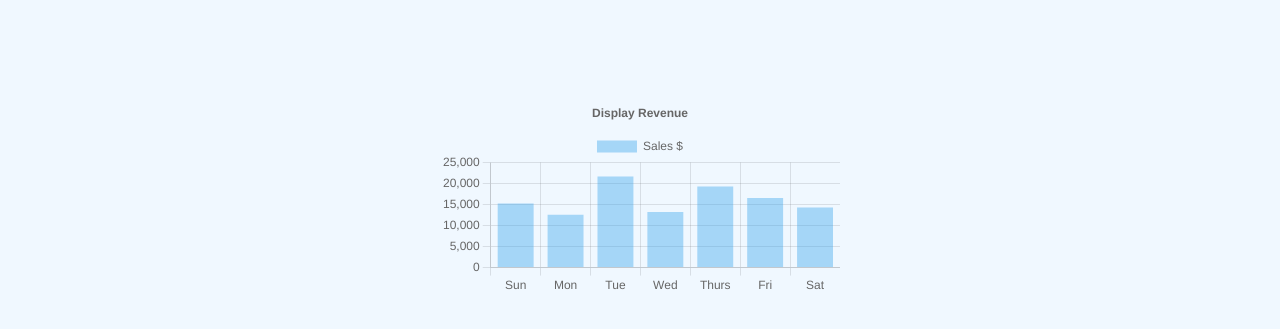
Repository: RonanKhalilOlaes/Week-12-chartActivity
Page: /
The author's editor kept a copy of each file at every save. The page is drawn from the files as they stood at one save, then again after the next save.
The browser window is 1280 px wide. The pictures show the whole page.
The project was rebuilt for these pictures with package versions that can differ from the ones it lists, and the page was loaded fresh each time. The framework's server and built-in components were replaced by stand-ins that run in the browser. Also part of the build but not shown: next.config.js.

Above is the page before, as saved 2023-03-20 10:41:25.

### pages/index.js
import Head from 'next/head'
import Image from 'next/image'
import { Inter } from 'next/font/google'
import styles from '@/styles/Home.module.css'
import BarChart from '@/components/BarChart'

const inter = Inter({ subsets: ['latin'] })

export default function Home() {
  return (
    <>
      <Head>
        <title>Create Next App</title>
        <meta name="description" content="Generated by create next app" />
        <meta name="viewport" content="width=device-width, initial-scale=1" />
        <link rel="icon" href="/favicon.ico" />
      </Head>
      <main className={styles.main}>
        <BarChart/>
      </main>
    </>
  )
}

### styles/Home.module.css
.main {
  display: flex;
  flex-direction: column;
  justify-content: space-between;
  align-items: center;
  padding: 6rem;
  min-height: 100vh;
  background-color: aliceblue;
}

### components/BarChart/index.js
import { useState, useEffect } from "react"
import styles from './BarChart.module.css'

import { Bar } from 'react-chartjs-2'

import {
    Chart as ChartJS,
    CategoryScale,
    LinearScale,
    BarElement,
    Title,
    Tooltip,
    Legend
} from 'chart.js'

ChartJS.register(
    CategoryScale,
    LinearScale,
    BarElement,
    Title,
    Tooltip,
    Legend
)

export default function BarChart () {

    const [chartData, setChartData] = useState ({
        datasets: []
    })

    const [ chartOptions, setChartOptions] = useState ({})

    useEffect (() => {
        setChartData ({
            labels: ["Sun", "Mon", "Tue", "Wed", "Thurs", "Fri", "Sat"],
            datasets: [
                {
                    label: "Sales $",
                    data: [15235, 12553, 21635, 13214, 19245, 16524, 14295],
                    borderColor: 'rgb(53, 162, 235)',
                    backgroundColor: 'rgba(53, 162, 235, 0.4)'
                }
            ]
        })
        setChartOptions({

            plugins: {
                Legend: {
                    position: 'top'
                },
                title: {
                    display: true,
                    text: "Display Revenue"
                }
            },
            maintainAspecRation: false,
            responsive: true
        })
    }, [])



    return (
        <>
            <div className={styles.container}>
                <Bar data={chartData} options={chartOptions} />

            </div>
        </>
    )
}

### components/BarChart/BarChart.module.css
.container {
    width: 400px;
    height: 400px;
}

Loaded but not shown: pages/_app.js (common file); pages/_document.js (common file); styles/globals.css (common file)

After the next save:
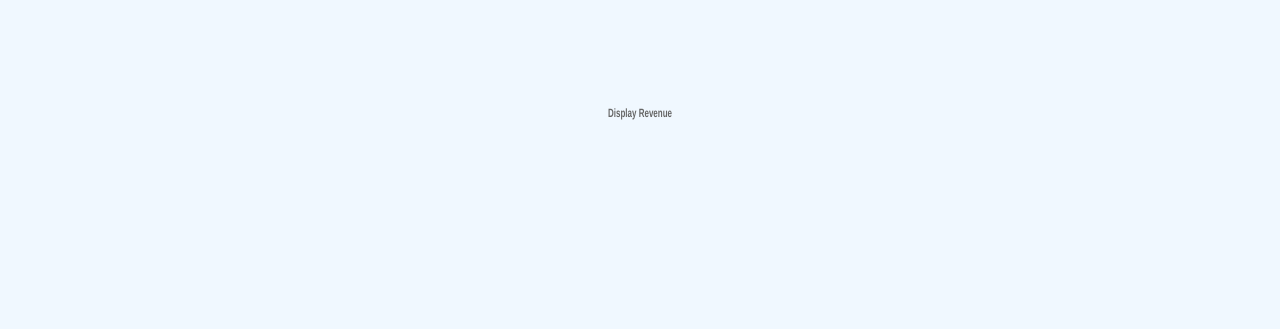
Saved 13 s later.
--- a/components/BarChart/BarChart.module.css
+++ b/components/BarChart/BarChart.module.css
@@ -1,4 +1,4 @@
 .container {
-    width: 400px;
+    width: 4rem;
     height: 400px;
 }

After the 2 saves that followed:
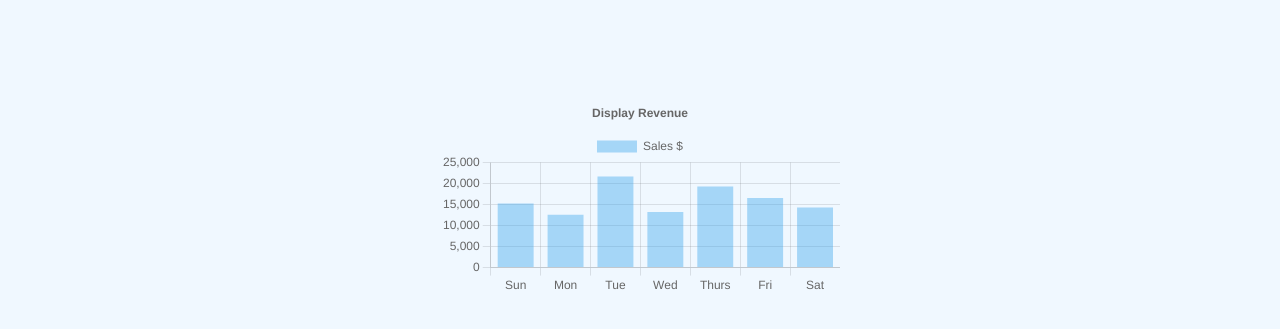
The 2 saves are shown as one change because 1 left the picture as it was.
The last was saved 14 s later.
--- a/components/BarChart/BarChart.module.css
+++ b/components/BarChart/BarChart.module.css
@@ -1,4 +1,4 @@
 .container {
-    width: 4rem;
+    width: 400px;
     height: 400px;
 }
